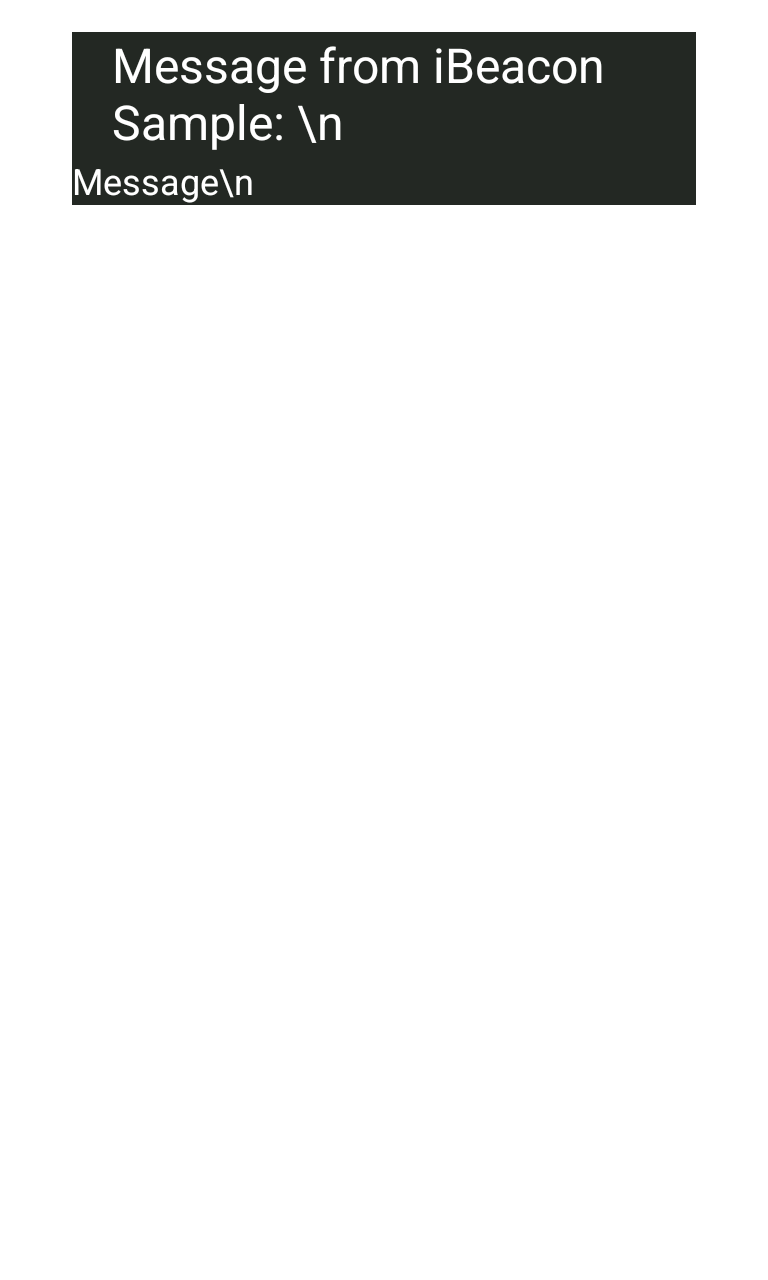
Repository: martawilgan/Android-iBeacon
Layout: iBeacon Sample/iBeaconSample/res/layout/activity_notification.xml
The author's editor kept a copy of each file at every save. The layout is drawn from the files as they stood at one save, then again after the next save.
It is drawn on a 768 x 1280 px phone screen (xhdpi) without system bars, with theme AppTheme; the app's code is not run.

Above is the layout before, as saved 2014-07-10 17:21:47.

### iBeacon Sample/iBeaconSample/res/layout/activity_notification.xml
<RelativeLayout xmlns:android="http://schemas.android.com/apk/res/android"
    xmlns:tools="http://schemas.android.com/tools"
    android:layout_width="match_parent"
    android:layout_height="match_parent"
    android:paddingBottom="@dimen/activity_vertical_margin"
    android:paddingLeft="@dimen/activity_horizontal_margin"
    android:paddingRight="@dimen/activity_horizontal_margin"
    android:paddingTop="@dimen/activity_vertical_margin"
    android:background="@android:color/transparent"
    tools:context=".ActivityNotification" >

    <LinearLayout
        android:id="@+id/llAlert"
        android:layout_width="match_parent"
   		android:layout_height="wrap_content"
   		android:layout_marginLeft="20dp"
		android:layout_marginRight="20dp"
		android:orientation="vertical"
		android:background="@color/Midnight_Gray"
		android:gravity="center_vertical">

       	<TextView
	        android:id="@+id/tvTitle"
	        android:layout_width="wrap_content"
	        android:layout_height="wrap_content"
	        android:layout_marginLeft="20dp"
			android:layout_marginRight="20dp"
			android:textColor="@color/White"
			android:textSize="24sp"
	        android:text="Message from iBeacon Sample: \n" />

       	<View
       	    android:id="@+id/vLine"
   	    	android:layout_width="wrap_content"
	        android:layout_height="1dp"
	        android:layout_marginLeft="20dp"
			android:layout_marginRight="20dp"
			android:color="@color/White"/>

	    <TextView
	        android:id="@+id/tvMsg"
	        android:layout_width="wrap_content"
	        android:layout_height="wrap_content"
	        android:layout_marin="20dp"
			android:textColor="@color/White"
			android:textSize="18sp"
	        android:text="Message\n" />
    </LinearLayout>

</RelativeLayout>

### iBeacon Sample/iBeaconSample/res/values/Color.xml
<?xml version="1.0" encoding="utf-8"?>
<resources>
    <color name="Black">#000000</color>
    <color name="White">#FFFFFF</color>
    <color name="Midnight_Gray">#232823</color>
</resources>

Loaded but not shown: iBeacon Sample/iBeaconSample/res/values/styles.xml (common file); iBeacon Sample/iBeaconSample/res/values-v11/styles.xml (common file); iBeacon Sample/iBeaconSample/res/values-v14/styles.xml (common file); iBeacon Sample/iBeaconSample/res/values/dimens.xml (common file); iBeacon Sample/iBeaconSample/res/values-w820dp/dimens.xml (common file)

After the next save:
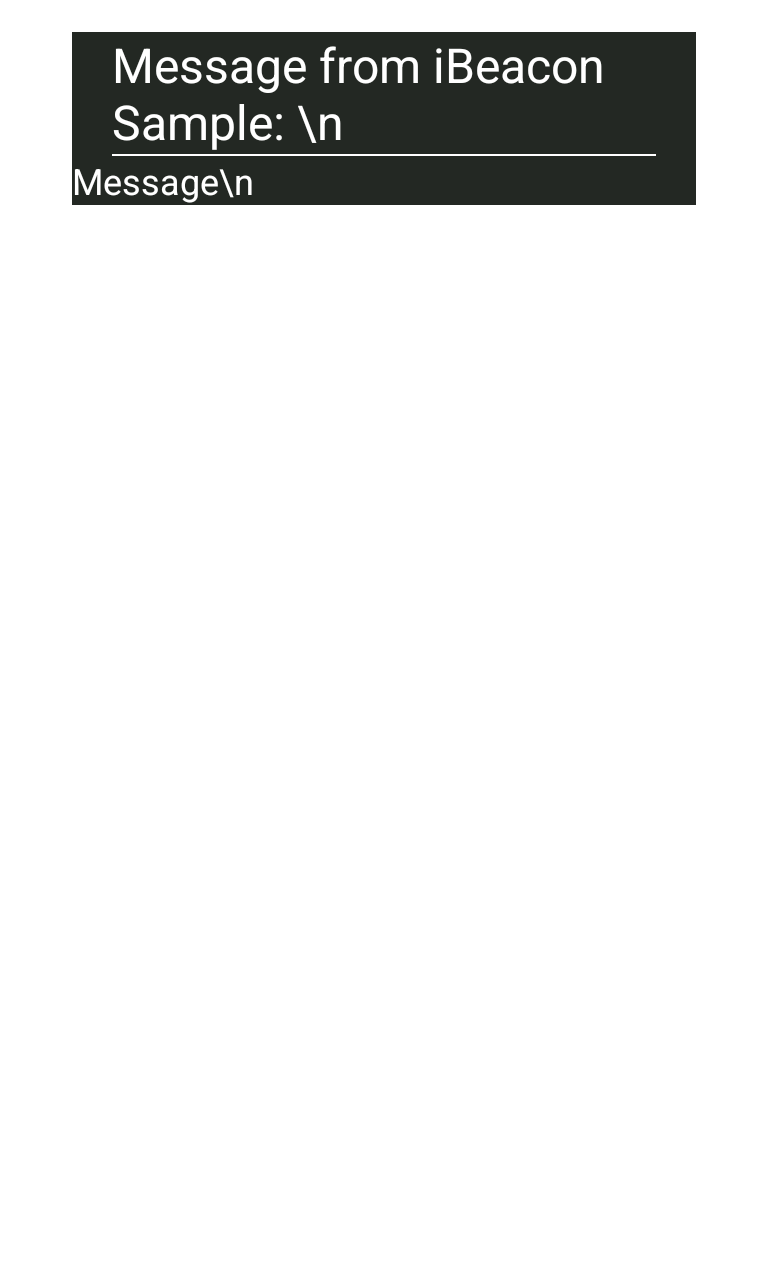
Saved 14 s later.
--- a/iBeacon Sample/iBeaconSample/res/layout/activity_notification.xml
+++ b/iBeacon Sample/iBeaconSample/res/layout/activity_notification.xml
@@ -35,7 +35,7 @@
 	        android:layout_height="1dp"
 	        android:layout_marginLeft="20dp"
 			android:layout_marginRight="20dp"
-			android:color="@color/White"/>
+			android:background="@color/White"/>
 
 	    <TextView
 	        android:id="@+id/tvMsg"
